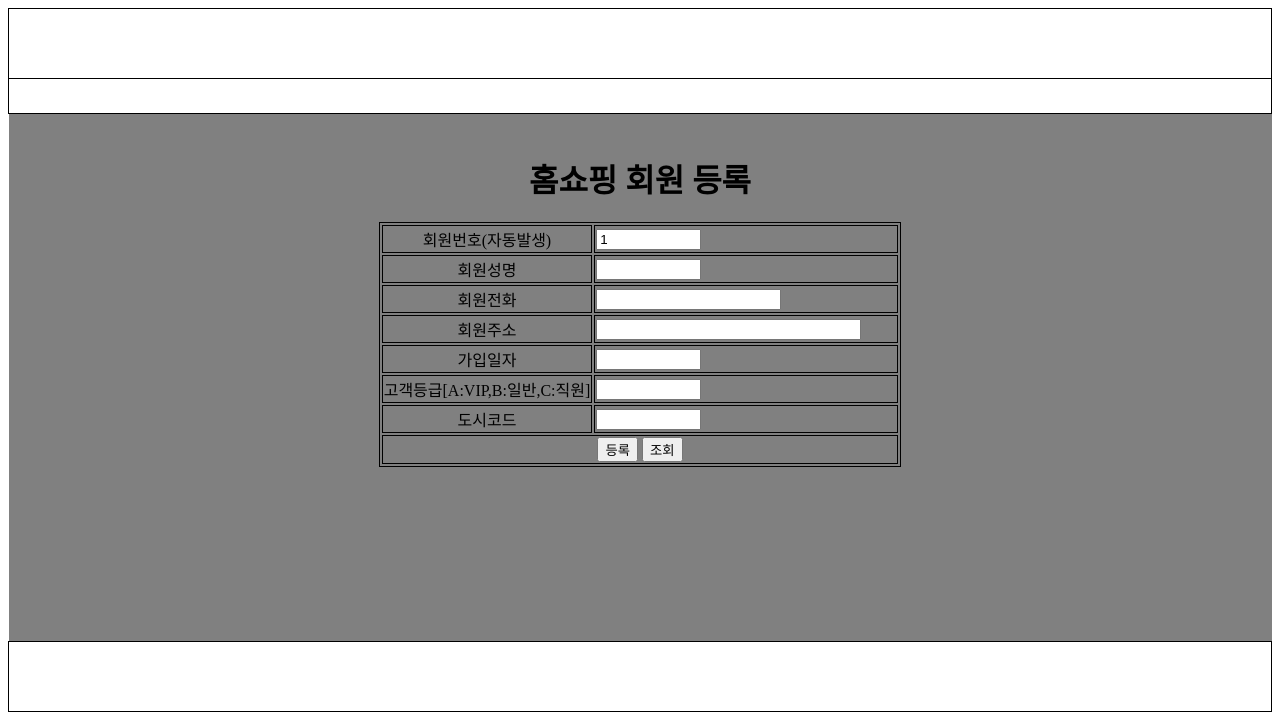
Repository: choigobin/Programming
Page: http://localhost/HRD1118/insert.jsp
The author's editor kept a copy of each file at every save. The page is drawn from the files as they stood at one save, then again after the next save.
The browser window is 1280 px wide. The pictures show the whole page.
The page is served by Tomcat 9. Other server files are loaded and not shown. Queries for data that is not in the repository find no rows.

Above is the page before, as saved 2019-11-18 02:39:53.

### YangJung/workspace/HRD1118/WebContent/insert.jsp
<%@page import="java.sql.SQLException"%>
<%@page import="java.sql.DriverManager"%>
<%@page import="java.sql.ResultSet"%>
<%@page import="java.sql.PreparedStatement"%>
<%@page import="java.sql.Connection"%>
<%@ page language="java" contentType="text/html; charset=UTF-8"
    pageEncoding="UTF-8"%>
<html>
<head>
<%
Connection conn = null;
PreparedStatement pstmt = null;
ResultSet rs = null;
request.setCharacterEncoding("utf-8");
Class.forName("oracle.jdbc.OracleDriver");
conn = DriverManager.getConnection("jdbc:oracle:thin:@//localhost:1521/testdb", "scott", "1234");
int x = 1;
try{
	String sql = "select custno from member_tbl_02 order by custno desc";
	pstmt = conn.prepareStatement(sql);
	rs = pstmt.executeQuery();
	if(rs.next()){
		x=x+rs.getInt(1);
	}
}catch(SQLException e){
	System.out.print(e.getMessage());
}finally{
	if(rs!=null) rs.close();
	if(pstmt!=null) pstmt.close();
	if(conn!=null) conn.close();
}
%>
<style>
#tb1{
	height: 100%; width:100%;
	border-collapse: collapse;
	border: solid 0px;
	}
#t1{
	border: solid 0px;
	}
tr,td{
	border: solid black 1px;
	}
#tb2{
	border-collapse: separate;
	border: solid black 1px;
	}
a{
	color: white;
	text-decoration: none;
}
</style>
<script type="text/javascript">
function check1() {
	if(document.form.custname.value==""){
		alert("회원 성명이 입력되지 않았습니다.");
		document.form.custname.focus();
	}
	else{
		document.form.submit;
	}
}

</script>
<meta charset="UTF-8">
<title>Insert title here</title>
</head>
<body>
<table id="tb1">
<jsp:include page="header.jsp"/>
<jsp:include page="nav.jsp"/>
<tr id="t1">
<td id="t1" valign="top" bgcolor="gray">
<br />
<h1 align="center">홈쇼핑 회원 등록</h1>
<form name="form" method="get" action="SQL_insert.jsp">
<table id="tb2" align="center">
<tr>
	<td style="text-align: center;">
		회원번호(자동발생)
	</td>
	<td width="300">
		<input type="text" size="10" name=custno value="<%=x%>">
	</td>
</tr>
<tr>
	<td style="text-align: center;">
		회원성명
	</td>
	<td>
		<input type="text" size="10" name=custname>
	</td>
</tr>
<tr>
	<td style="text-align: center;">
		회원전화
	</td>
	<td>
		<input type="text" size="20" name=phone>
	</td>
</tr>
<tr>
	<td style="text-align: center;">
		회원주소
	</td>
	<td>
		<input type="text" size="30" name=address>
	</td>
</tr>
<tr>
	<td style="text-align: center;">
		가입일자
	</td>
	<td>
		<input type="text" size="10" name=joindate>
	</td>
</tr>
<tr>
	<td style="text-align: center;">
		고객등급[A:VIP,B:일반,C:직원]
	</td>
	<td>
		<input type="text" size="10" name=grade>
	</td>
</tr>
<tr>
	<td style="text-align: center;">
		도시코드
	</td>
	<td>
		<input type="text" size="10" name=city>
	</td>
</tr>
<tr>
<td colspan="2" style="text-align: center;" >
	<input type="submit" value="등록" onclick="javascript:check1()">
	<input type="button" value="조회" onclick="location.href='SQL_select.jsp'">
</td>
</tr>
</table>
</form>
</td>
</tr>
<jsp:include page="footer.jsp"/>
</table>
</body>
</html>

### YangJung/workspace/HRD1118/WebContent/header.jsp
<%@ page language="java" contentType="text/html; charset=UTF-8"
    pageEncoding="UTF-8"%>
<tr height="10%">
<td>

</td>
</tr>

### YangJung/workspace/HRD1118/WebContent/nav.jsp
<%@ page language="java" contentType="text/html; charset=UTF-8"
    pageEncoding="UTF-8"%>
<tr height="5%">
<td>

</td>
</tr>

### YangJung/workspace/HRD1118/WebContent/footer.jsp
<%@ page language="java" contentType="text/html; charset=UTF-8"
    pageEncoding="UTF-8"%>
<tr height="10%">
<td>

</td>
</tr>

After the next save:
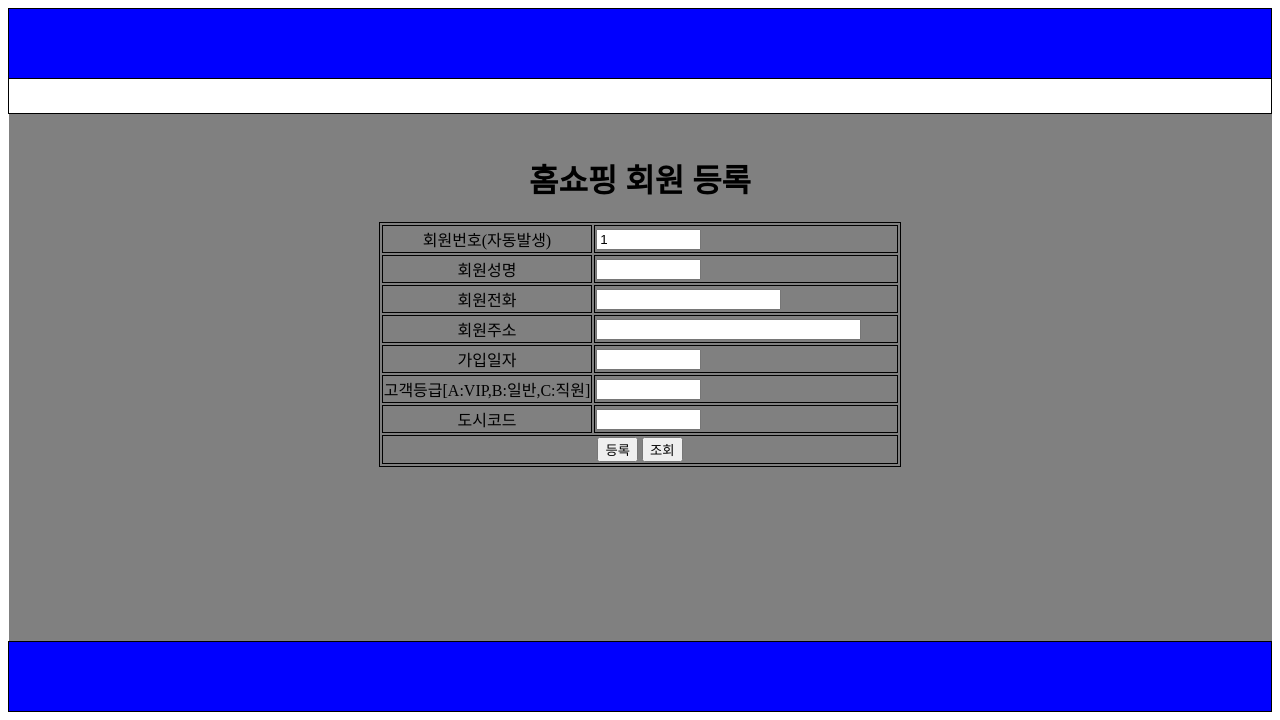
Saved 19 s later.
--- a/YangJung/workspace/HRD1118/WebContent/header.jsp
+++ b/YangJung/workspace/HRD1118/WebContent/header.jsp
@@ -1,7 +1,7 @@
 <%@ page language="java" contentType="text/html; charset=UTF-8"
     pageEncoding="UTF-8"%>
 <tr height="10%">
-<td>
+<td bgcolor="blue">
 
 </td>
 </tr>
--- a/YangJung/workspace/HRD1118/WebContent/footer.jsp
+++ b/YangJung/workspace/HRD1118/WebContent/footer.jsp
@@ -1,7 +1,7 @@
 <%@ page language="java" contentType="text/html; charset=UTF-8"
     pageEncoding="UTF-8"%>
 <tr height="10%">
-<td>
+<td bgcolor="blue">
 
 </td>
 </tr>
